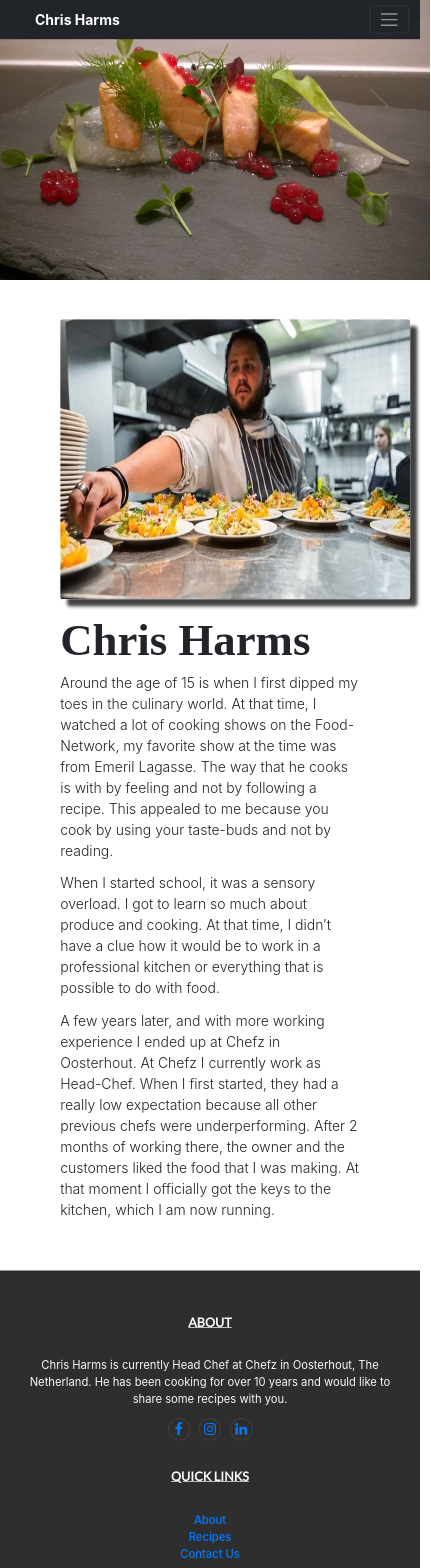
Repository: dugudugu/chris-harms-web
Page: about.html
The author's editor kept a record of every edit. The page is drawn from the files as they stood at one moment, then again after the next edit.
The browser window is 600 px wide. The page is 615 px wide, so the pictures cover 615 px, including what lies to the right of the window. The pictures show the part of the page from y = 0 to 2240 px (the page is 2648 px tall before and 2451 px after), at 70% of full size.
Some web fonts or font styles are not loaded; a fallback is used.

Above is the page before.

After the next edit:
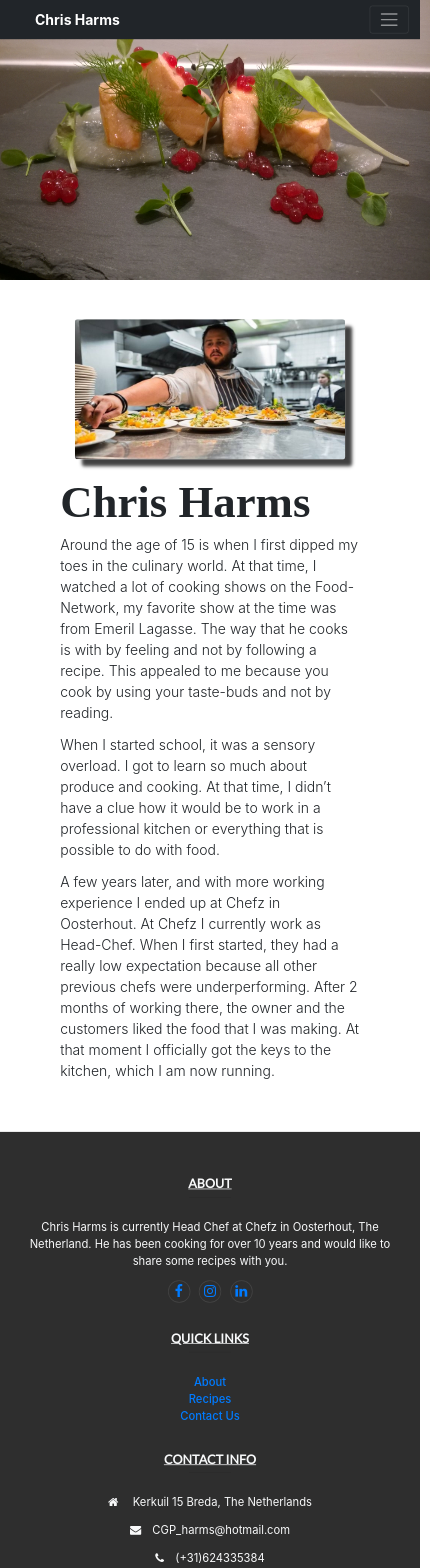
The edit:
--- a/css/about.css
+++ b/css/about.css
@@ -166,7 +166,13 @@
     }
 }
 
+@media only screen and (max-width: 767px) {
 
+    .rounded {
+        width: 90%;
+        height: 90%;
+        display: block !important;
+        margin: auto;
 
 @media (min-width: 768px) and (max-width: 1024px) {
     h4 {
